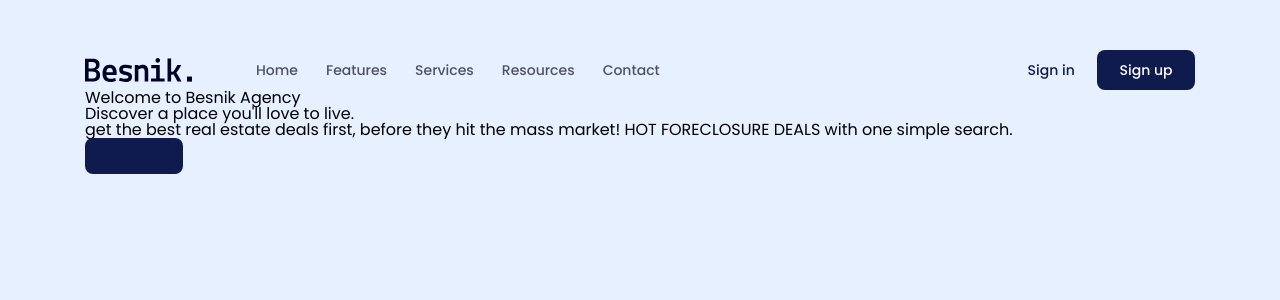
Repository: trungnguyen131/froject-01
Page: index.html
An editor plug-in stored every save of this project. The page is shown before and after the next save, followed by the edit.
The browser window is 1280 px wide. The pictures show the whole page.

Above is the page before, as saved 2024-02-25 23:26:05.

After the next save:
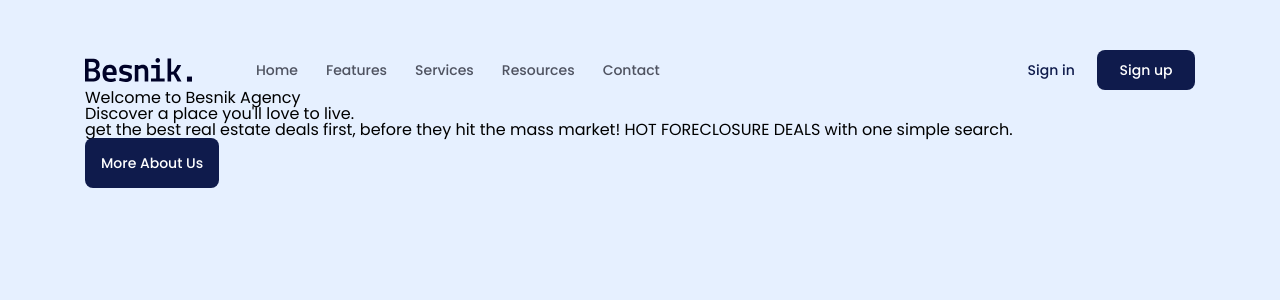
Saved 7 s later.
--- a/index.html
+++ b/index.html
@@ -37,7 +37,7 @@
                             you'll love to live.</h1>
                         <p class="desc">get the best real estate deals first,
                             before they hit the mass market! HOT FORECLOSURE DEALS with one simple search.</p>
-                        <a href="#!" class="btn"></a>
+                        <a href="#!" class="btn">More About Us</a>
                     </div>
                 </div>
             </div>
